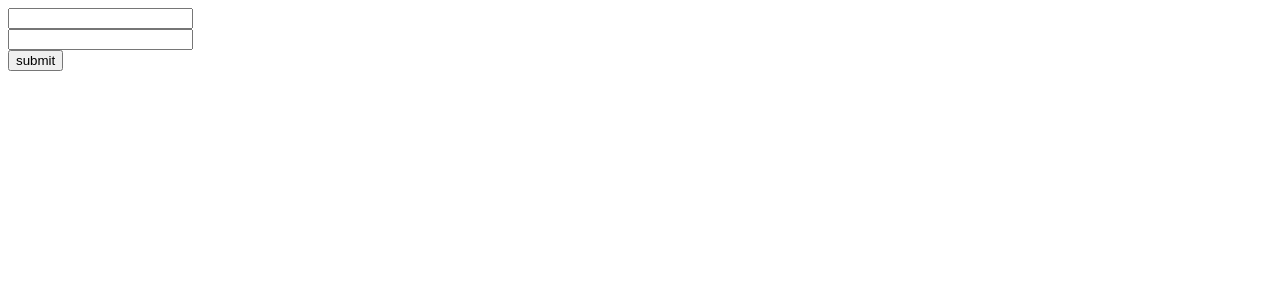
Repository: KnowledgeMarkg/Java-framerwork
Page: Servlet_JSP/ServletDem/src/main/webapp/index.html
The author's editor kept a copy of each file at every save. The page is drawn from the files as they stood at one save, then again after the next save.
The browser window is 1280 px wide. The pictures show the whole page.

Above is the page before, as saved 2023-08-17 14:32:31.

### Servlet_JSP/ServletDem/src/main/webapp/index.html
<!DOCTYPE html>
<html>
<head>
<meta charset="ISO-8859-1">
<title>Insert title here</title>
</head>
<body>
<form action= "Login" method="post">
	 <input type="text" name="fname"/> </br>
     <input type="email" id="email" name="email"/> </br>
     <input type="submit" value="submit">
</form>
</body>
</html>

### Servlet_JSP/ServletDem/src/main/webapp/cs.css
@charset "ISO-8859-1";
/* Add a black background color to the top navigation */
.topnav {
  background-color: #333;
  overflow: hidden;
}

/* Style the links inside the navigation bar */
.topnav a {
  float: left;
  color: #f2f2f2;
  text-align: center;
  padding: 14px 16px;
  text-decoration: none;
  font-size: 17px;
}

/* Change the color of links on hover */
.topnav a:hover {
  background-color: #ddd;
  color: black;
}

/* Add a color to the active/current link */
.topnav a.active {
  background-color: #04AA6D;
  color: white;
}

After the next save:
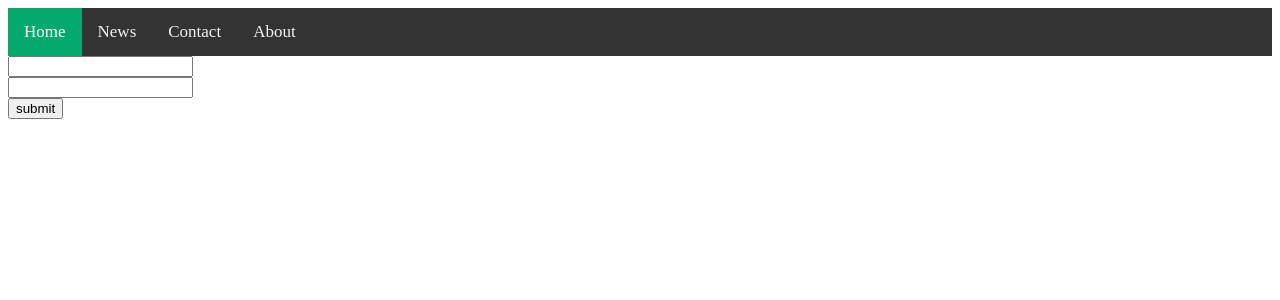
Saved 93 s later.
--- a/Servlet_JSP/ServletDem/src/main/webapp/index.html
+++ b/Servlet_JSP/ServletDem/src/main/webapp/index.html
@@ -3,9 +3,16 @@
 <head>
 <meta charset="ISO-8859-1">
 <title>Insert title here</title>
+<link rel="stylesheet" href="cs.css">
 </head>
 <body>
 <form action= "Login" method="post">
+	 <div class="topnav">
+     <a class="active" href="#home">Home</a>
+     <a href="home.jsp">News</a>
+     <a href="contact.jsp">Contact</a>
+     <a href="about.jsp">About</a>
+     </div>
 	 <input type="text" name="fname"/> </br>
      <input type="email" id="email" name="email"/> </br>
      <input type="submit" value="submit">
